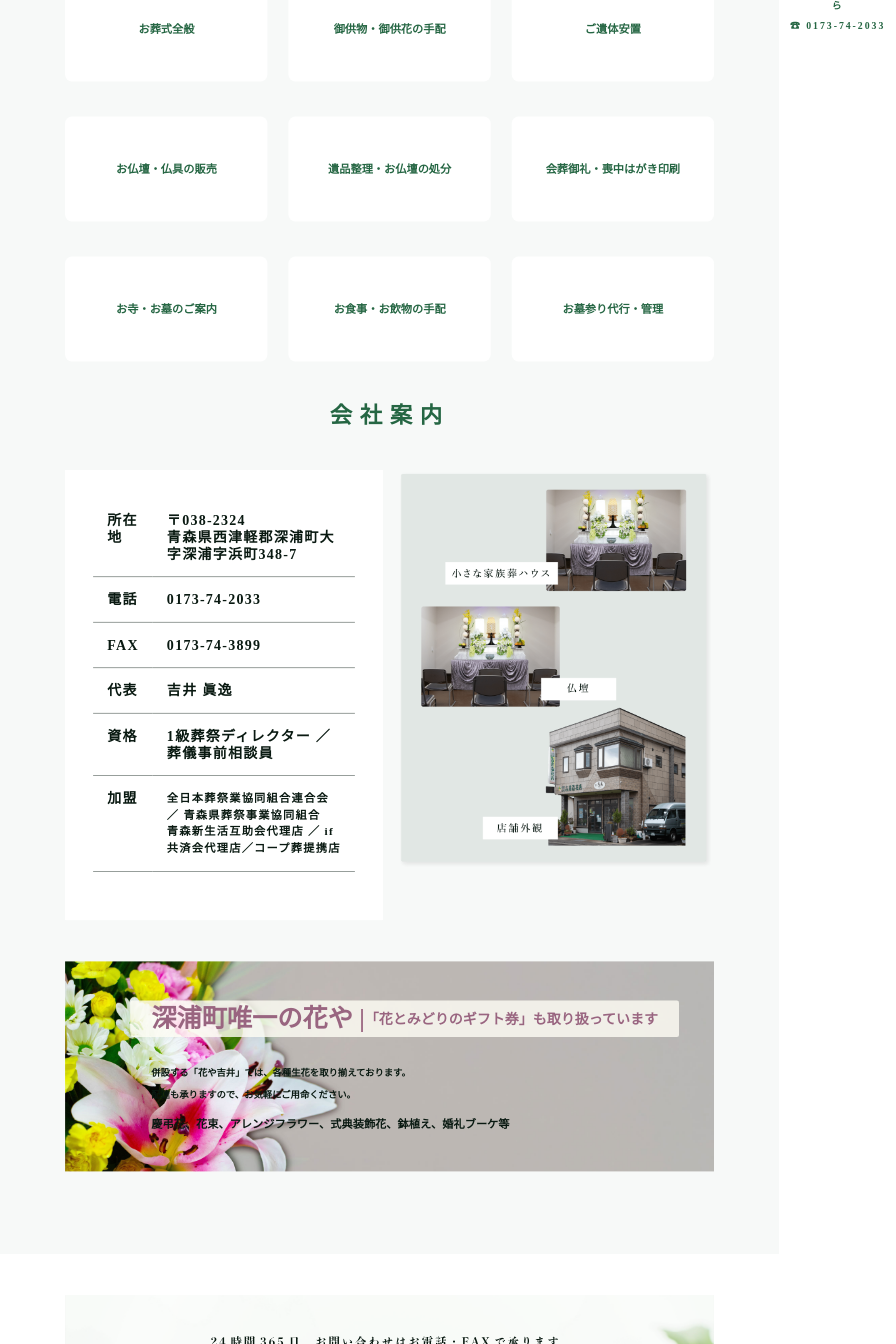
Repository: plus-agc-service-yamauchi/yoshii_scratch_ver3
Page: about.html
These files come from the project's save history. The page is drawn as it stood at one moment and after the next save; the edit follows.
The browser window is 1280 px wide. The pictures show the part of the page from y = 648 to 2568 px (the page is 3832 px tall), at 70% of full size.
Some web libraries are served in a nearby version. The style sheet was rebuilt from its Sass, Less or Tailwind sources for each picture, by a compiler version that may differ from the author's.

Above is the page before, as saved 2021-02-01 15:41:35.
Console error (its wording comes from the project's code and is left out).

### about.html
<!DOCTYPE html>
<html lang="ja">

<head>
    <title>吉井造花店について | 吉井造花店</title>
    <meta name="description" content="1935（昭和8）年創業。深浦町の皆様に支えられて８０有余年。時代の流れに合わせた様々なお葬式に、まごころ込めてご奉仕させていただきます。">
    <meta charset="utf-8" />
    <meta name="viewport" content="width=device-width, initial-scale=1" />
    <meta property="og:title" content="">
    <meta property="og:type" content="">
    <meta property="og:url" content="">
    <meta property="og:image" content="">
    <link rel="manifest" href="site.webmanifest">
    <link rel="apple-touch-icon" href="icon.png">
    <link rel="icon" type="image/x-icon" href="favicon.ico">
    <link rel="stylesheet" href="css/style.min.css" />
    <link rel="stylesheet" href="css/common.min.css" />
    <link rel="stylesheet" href="css/destyle.css" />
</head>

<body>
    <header>
        <!-- SP ヘッダーバー -->
        <div id="headbar">
            <h1 class="text-main"><a href="index.html"><span>有限会社</span> 吉井造花店</a></h1>
        </div>
        <!-- ドロワーナビゲーション -->
        <div id="navArea">
            <nav>
                <div class="inner">
                    <ul class="menu_list">
                        <li><a href="index.html">トップページ</a></li>
                        <li class="nav_item">
                            <a href="#" class="js-dropdown">吉井造花店のご案内<span>&#9662;</span></a>
                            <div class="panel js-dropdown-menu">
                                <ul class="panel-inner">
                                    <li class="panel_item">
                                        <a href="about.html">吉井造花店について</a>
                                    </li>
                                    <li class="panel_item">
                                        <a href="about.html#anchor_1">当社のサービス内容</a>
                                    </li>
                                    <li class="panel_item">
                                        <a href="about.html#anchor_2">会社案内</a>
                                    </li>
                                </ul>
                            </div>
                        </li>
                        <li class="nav_item">
                            <a href="#" class="js-dropdown">お葬式プランと安置室のご案内<span>&#9662;</span></a>
                            <div class="panel js-dropdown-menu">
                                <ul class="panel-inner">
                                    <li class="panel_item">
                                        <a href="plan.html">お葬式プランと安置室のご案内</a>
                                    </li>
                                    <li class="panel_item">
                                        <a href="plan.html#anchor_1">一般葬プラン</a>
                                    </li>
                                    <li class="panel_item">
                                        <a href="plan.html#anchor_2">自宅葬プラン</a>
                                    </li>
                                    <li class="panel_item">
                                        <a href="plan.html#anchor_3">安置室プラン</a>
                                    </li>
                                    <li class="panel_item">
                                        <a href="plan.html#anchor_4">安置室について</a>
                                    </li>
                                </ul>
                            </div>
                        </li>
                        <li class="nav_item">
                            <a href="#" class="js-dropdown">御供物・御供花のご注文<span>&#9662;</span></a>
                            <div class="panel js-dropdown-menu">
                                <ul class="panel-inner">
                                    <li class="panel_item">
                                        <a href="order.html">御供物・御供花のご注文</a>
                                    </li>
                                    <li class="panel_item">
                                        <a href="order.html#anchor_1">御供花</a>
                                    </li>
                                    <li class="panel_item">
                                        <a href="order.html#anchor_2">花環</a>
                                    </li>
                                    <li class="panel_item">
                                        <a href="order.html#anchor_3">盛り籠</a>
                                    </li>
                                </ul>
                            </div>
                        </li>
                        <li><a href="faq.html">よくあるご質問</a></li>
                    </ul>
                    <div class="sp-call spVisible tabHidden pcHidden">
                        <p>24時間365日<br>お問い合わせはお電話・FAXで承ります。</p>
                        <p>お問い合わせはこちら</p>
                        <p><a href="tel:0173-74-2033">&phone; 0173-74-2033</a></p>
                    </div>
                </div>
            </nav>
            <!-- ナビゲーショントグル -->
            <div class="toggle_btn">
                <span></span>
                <span></span>
                <span></span>
            </div>
            <div id="mask"></div>
        </div>
    </header>
    <main>
        <div class="wrapper">
            <div class="left">
                <div class="bg-sub pb30">
                    <div class="mustHead">
                        <img src="img/about_musthead.jpg" alt="お葬式プランと安置室のご案内" class="img100" />
                        <div>
                            <h1>吉井造花店について</h1>
                        </div>
                    </div>
                    <!-- メインコンテンツ -->
                    <div class="container">
                        <div class="top">
                            <div class="text-sp-center text-tab-center text-pc-center">
                                <h2 id="anchor_1" class="text-main font48">
                                    当社のサービス内容
                                </h2>
                            </div>
                        </div>
                        <div class="grid-sp-1 grid-tab-2 grid-pc-3 grid-row-gap50 grid-col-gap30 mb30">
                            <div class="card">
                                <span>お葬式全般</span>
                            </div>
                            <div class="card">
                                <span>御供物・御供花の手配</span>
                            </div>
                            <div class="card">
                                <span>ご遺体安置</span>
                            </div>
                            <div class="card">
                                <span>お仏壇・仏具の販売</span>
                            </div>
                            <div class="card">
                                <span>遺品整理・お仏壇の処分</span>
                            </div>
                            <div class="card">
                                <span>会葬御礼・喪中はがき印刷</span>
                            </div>
                            <div class="card">
                                <span>お寺・お墓のご案内</span>
                            </div>
                            <div class="card">
                                <span>お食事・お飲物の手配</span>
                            </div>
                            <div class="card">
                                <span>お墓参り代行・管理</span>
                            </div>
                        </div>
                        <div class="text-sp-center text-tab-center text-pc-center my60">
                            <h2 id="anchor_2" class="text-main font48">会社案内</h2>
                        </div>
                        <div class="grid-sp-1 grid-tab-2 grid-pc-2 grid-col-gap20">
                            <div class="tablebg">
                            <table class="mb30 basicinfo">
                                <tr>
                                    <td class="tdl">所在地</td>
                                    <td class="tdr">
                                        〒038-2324<br />青森県西津軽郡深浦町大字深浦字浜町348-7
                                    </td>
                                </tr>
                                <tr>
                                    <td class="tdl">電話</td>
                                    <td class="tdr">0173-74-2033</td>
                                </tr>
                                <tr>
                                    <td class="tdl">FAX</td>
                                    <td class="tdr">0173-74-3899</td>
                                </tr>
                                <tr>
                                    <td class="tdl">代表</td>
                                    <td class="tdr">吉井 眞逸</td>
                                </tr>
                                <tr>
                                    <td class="tdl">資格</td>
                                    <td class="tdr">1級葬祭ディレクター ／ 葬儀事前相談員</td>
                                </tr>
                                <tr>
                                    <td class="tdl">加盟</td>
                                    <td class="tdr">
                                        <p>全日本葬祭業協同組合連合会 ／ 青森県葬祭事業協同組合</p>
                                        <p>
                                            青森新生活互助会代理店 ／ if共済会代理店／コープ葬提携店
                                        </p>
                                    </td>
                                </tr>
                            </table>
                        </div>
                            <div>
                                <img src="img/store_tab.png" alt="" class=" img100 img-tab-100 img-pc-100 spHidden tabHidden pcVisible" />
                                <img src="img/store_tab.png" alt="" class=" img100 img-tab-100 img-pc-100 spVisible tabVisible pcHidden" />
                            </div>
                        </div>
                        <div class="bg-flower my60">
                            <div class="grid-sp-1 grid-pc-1 spHidden tabVisible pcVisible">
                                <div class="bg-flower-item">
                                    <p class="bg-flower_text_title">深浦町唯一の花や | <span>「花とみどりのギフト券」も取り扱っています</span></p>
                                   <p class="bg-flower_text_title_middle_one">併設する「花や吉井」では、各種生花を取り揃えております。</p>
                                   <p class="bg-flower_text_title_middle_two">配達も承りますので、お気軽にご用命ください。</p>
                                   <p class="bg-flower_text_title_bottom">慶弔花、花束、アレンジフラワー、式典装飾花、鉢植え、婚礼ブーケ等</p>
                                </div>
                            </div>
                            <div class="spVisible tabHidden pcHidden">
                                <img src="img/bg_flower_text.svg" alt="" class="bg-flower_sp_img">
                            </div>
                        </div>
                    </div>
                </div>
                <div class="container pt60 pb60">
                    <a href="pdf/Yoshii__Order_FAX.pdf"><img src="img/call.svg" alt="" class="spHidden tabVisible pcVisible img-pc-100 img-tab-100" /></a>
                    <div class="spVisible tabHidden pcHidden sp_fax">
<p class="mb20">24時間365日、お問い合わせはお電話・FAXで承ります。</p>
<a href="tel:0173-74-2033"><img src="img/info_call.svg" alt="" class="img100 mb30"></a>
<p><a href="pdf/Yoshii__Order_FAX.pdf" class="btn" target="_blank">FAX注文用紙はこちらから</a></p>
                    </div>
                </div>
                <div class="info">
                    <div class="container py30">
                        <div class="text-sp-center text-tab-center text-pc-center mb30">
                            <img src="img/logo_h.svg" alt="" class="img70 img-pc-30 img-tab-40" />
                        </div>
                        <div class="grid-1 grid-tab-2 grid-pc-2 grid-col-gap20">
                            <div class="ir text-sp-left text-tab-left text-pc-left">
                                <div class="mb50">
                                    <p class="font-tracking4">〒038−2324</p>
                                    <p class="font-tracking5 mb30">
                                        青森県西津軽郡深浦町大字深浦字浜町348−7
                                    </p>
                                    <p class="font-tracking5 mb20">
                                        お問い合わせはお電話、FAXで承ります。
                                    </p>
                                    <p class="font-tracking5">
                                        24時間対応・年中無休。お気軽にお問い合わせください。
                                    </p>
                                </div>
                                <div class="mb40 text-tab-center text-pc-center">
                                    <a href="tel:0173-74-2033"><img src="img/info_call.svg" alt="" class="img100 img-pc-70 img-tab-80" /></a>
                                </div>
                                <div class="mb30">
                                    <p class="fpoint">ふかちゃんポイント付与（一部を除く。）</p>
                                </div>
                                <div class="grid-sp-2 grid-pc-2 grid-tab-2 grid-row-gap20 grid-col-gap20 mb20">
                                    <a href="https://www.zensoren.or.jp" target="_blank" class="link">全日本葬祭協同組合</a>
                                    <a href="http://www.younet-aomori.jp/contact.html" target="_blank" class="link">青森新生活互助会代理店</a>
                                    <a href="http://www.jfn87.co.jp/" target="_blank" class="link2">ジャパンフラワーネットワーク</a>
                                </div>
                                <div>
                                    <img src="img/airpay_h.png" alt="" class="img100 img-tab-100 img-pc-100">
                                </div>
                            </div>
                            <div>
                                <iframe src="https://www.google.com/maps/d/u/0/embed?mid=1ebatdI8vkuU5Y1tNTiyKdjtavv3ePw3P&z=16" width="100%" height="480"></iframe>
                            </div>
                        </div>
                    </div>
                </div>
            </div>
            <!-- サイドバー -->
            <div class="right">
                <div class="logoWrapper">
                    <p><a href="index.html"><img src="img/logo.svg" alt="" width="100%"></a></p>
                </div>
                <p id="pageTop"><a href="#">TOP▲</a></p>
                <div class="sideFooter">
                    <p>お問い合わせはこちら</p>
                    <p>
                        <a href="tel:0173-74-2033">&phone; 0173-74-2033</a>
                    </p>
                </div>
            </div>
        </div>
    </main>
    <!-- フッター -->
    <footer>
        <div class="spVisible tabHidden pcHidden">
            <div class="accbox">
                <a class="cssacc" href="index.html"><span>トップページ</span></a>
                <input type="checkbox" id="label2" class="cssacc" />
                <label for="label2">吉井造花店のご案内</label>
                <div class="accshow">
                    <a class="show" href="about.html#anchor_1">当社のサービス内容</a>
                    <a class="show" href="about.html#anchor_2">会社案内</a>
                </div>
                <input type="checkbox" id="label3" class="cssacc" />
                <label for="label3">お葬式プランと安置室のご案内</label>
                <div class="accshow">
                    <a class="show" href="plan.html#anchor_1">一般葬プラン</a>
                    <a class="show" href="plan.html#anchor_2">家族葬プラン</a>
                    <a class="show" href="plan.html#anchor_3">安置室プラン</a>
                    <a class="show" href="plan.html_anchor_4">安置室について</a>
                </div>
                <input type="checkbox" id="label4" class="cssacc" />
                <label for="label4">御供物・御供花のご注文</label>
                <div class="accshow">
                    <a class="show" href="order.html">御供物・御供花のご注文</a>
                    <a class="show" href="order.html#anchor_1">御供花</a>
                    <a class="show" href="order.html#anchor_2">花環</a>
                    <a class="show" href="order.html#anchor_3">盛り籠</a>
                </div>
                <a class="cssacc" href="faq.html"><span>よくあるご質問</span></a>
            </div>
        </div>
        <div class="spHidden tabVisible pcVisible">
            <div class="footerWrapper grid-1 grid-tab-5 grid-pc-5 grid-col-gap20">
                <ul>
                    <li class="footerHeading"><a href="index.html">トップページ</a></li>
                </ul>
                <ul>
                    <li class="footerHeading">
                        <a href="about.html">吉井造花店のご案内</a></span>
                    </li>
                    <li class="footerItemStart"><a href="about.html#anchor_1">当社のサービス内容</a></li>
                    <li class="footerItem"><a href="about.html#anchor_2">会社案内</a></li>
                </ul>
                <ul>
                    <li class="footerHeading">
                        <a href="plan.html">お葬式プランと安置室のご案内</a></span>
                    </li>
                    <li class="footerItemStart"><a href="plan.html#anchor_1">一般葬プラン</a></li>
                    <li class="footerItem"><a href="plan.html#anchor_2">自宅葬プラン</a></li>
                    <li class="footerItem"><a href="plan.html#anchor_3">安置室プラン</a></li>
                    <li class="footerItem"><a href="plan.html_anchor_4">安置室について</a></li>
                </ul>
                <ul>
                    <li class="footerHeading"><a href="order.html">御供物のご注文</a></li>
                    <li class="footerItemStart"><a href="order.html#anchor_1">御供花</a></li>
                    <li class="footerItem"><a href="order.html#anchor_2">花環</a></li>
                    <li class="footerItem"><a href="order.html#anchor_3">盛り籠</a></li>
                </ul>
                <ul>
                    <li class="footerHeading"> <a href="faq.html">よくあるご質問</a></li>
                </ul>

            </div>
        </div>
    </footer>
    <div class="copy text-center">©️2020 有限会社 吉井造花店</div>
    <script src="http://ajax.googleapis.com/ajax/libs/jquery/2.1.4/jquery.min.js"></script>
    <script src="js/menu.min.js"></script>
    <script src="js/scroll.min.js"></script>
    <script src="js/returnTop.min.js"></script>
    <!-- Google Analytics: change UA-XXXXX-Y to be your site's ID. -->
    <script>
    window.ga = function() { ga.q.push(arguments) };
    ga.q = [];
    ga.l = +new Date;
    ga('create', 'UA-XXXXX-Y', 'auto');
    ga('set', 'anonymizeIp', true);
    ga('set', 'transport', 'beacon');
    ga('send', 'pageview')
    </script>
    <script src="https://www.google-analytics.com/analytics.js" async></script>
</body>

</html>

### scss/plan.scss
/* デザインA（スマートフォン） */
.enshrine_p {
  padding: 7% 6% 6% 6%;
}
span.drawer:before {
  content: "▶";
  margin-right: 5px;
}

/* デザインB（タブレット） */
@media screen and (min-width: 600px) and (max-width: 1024px) {
  .general_button {
    padding: 20px 10px;
    background-color: #fff;
    border: 2px solid #996580;
    border-radius: 2px;
    cursor: pointer;
    width: 100%;
    color: #996580;
    font-size: 3.717391304vw;
  }
  .enshrine_p {
    padding: 7% 6% 4% 6%;
  }
}

/* デザインC(PC) */
@media screen and (min-width: 1025px) {
  .hover img {
    -webkit-transform: scale(1);
    transform: scale(1);
    -webkit-transition: 0.3s ease-in-out;
    transition: 0.3s ease-in-out;
  }
  .hover:hover img {
    -webkit-transform: scale(1.05);
    transform: scale(1.05);
  }
  .enshrine_p {
    padding: 7% 6% 3% 6%;
  }
}

### scss/order.scss
/* デザインA（スマートフォン） */

@media screen and (min-width: 320px) and (max-width: 767px) {}

/* デザインB（タブレット） */
@media screen and (min-width: 600px) and (max-width: 1024px) {}

/* デザインC(PC) */
@media screen and (min-width: 1025px) {}

### scss/option.scss
.animate__animated.animate__fadeInLeft {
  --animate-duration: 2s;
}
.animate__animated.animate__fadeInRight {
  --animate-duration: 2s;
}

Loaded but not shown: js/menu.min.js (1 lines, source omitted); js/returnTop.min.js (1 lines, source omitted); js/scroll.min.js (1 lines, source omitted); scss/style.scss (1687 lines, source omitted); scss/common.scss (1580 lines, source omitted); scss/about.scss (258 lines, source omitted); scss/index.scss (238 lines, source omitted); scss/faq.scss (212 lines, source omitted); css/destyle.css (276 lines, source omitted)

After the next save:
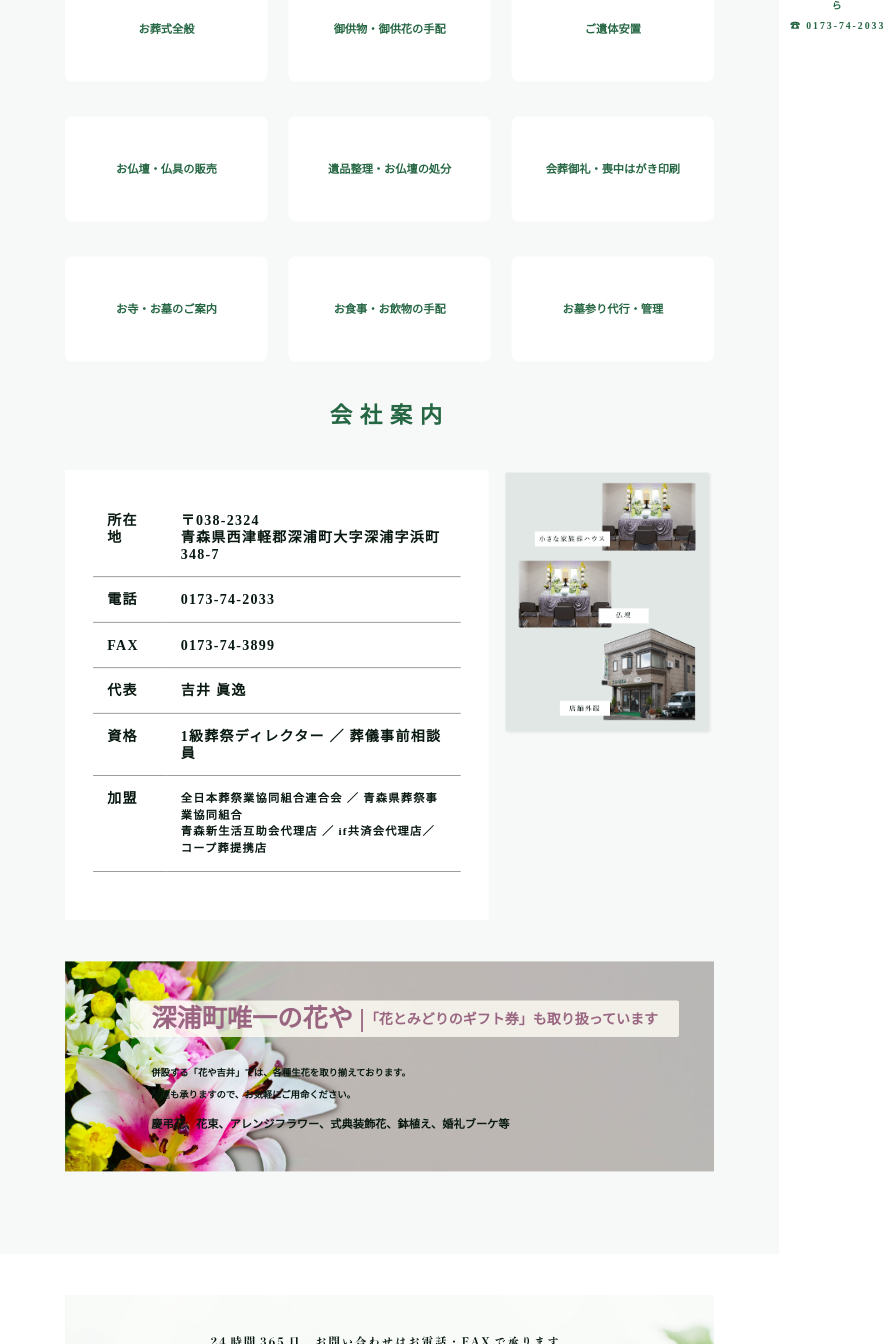
Saved 7 s later.
--- a/about.html
+++ b/about.html
@@ -156,7 +156,7 @@
                         <div class="text-sp-center text-tab-center text-pc-center my60">
                             <h2 id="anchor_2" class="text-main font48">会社案内</h2>
                         </div>
-                        <div class="grid-sp-1 grid-tab-2 grid-pc-2 grid-col-gap20">
+                        <div class="grid-sp-1 grid-tab-2 grid-pc-2-1 grid-col-gap20">
                             <div class="tablebg">
                             <table class="mb30 basicinfo">
                                 <tr>
